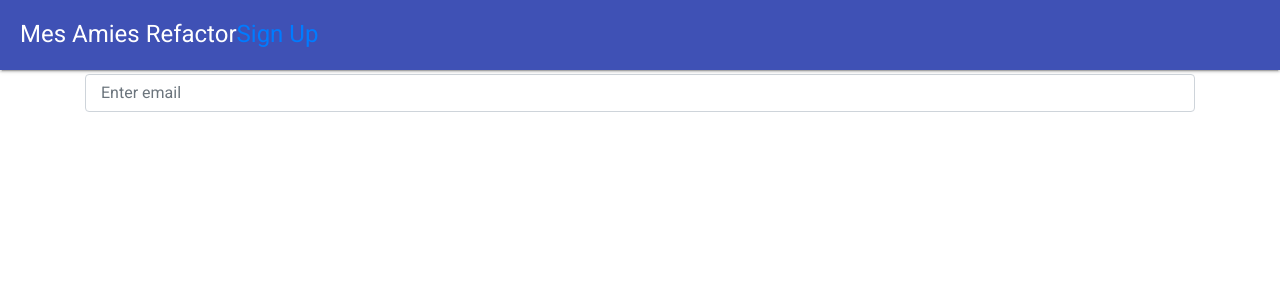
Repository: Symfomany/react-part2
Page: /signup
These files come from the project's save history. The page is drawn as it stood at one moment and after the next save; the edit follows.
The browser window is 1280 px wide. The pictures show the whole page.
The project was rebuilt for these pictures with package versions that can differ from the ones it lists, and the page was loaded fresh each time. Also part of the build but not shown: src/Formulaire.js, src/Item.css, src/Item.js, src/Liste.js, src/Loader.css, src/Loader.js, src/Main.js.

Above is the page before, as saved 2018-05-22 07:28:38.

After the next save:
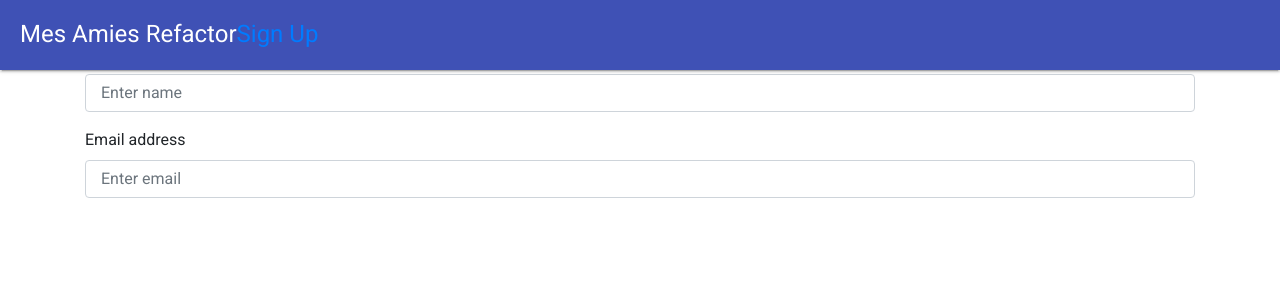
Saved 25 s later.
--- a/src/Signup.js
+++ b/src/Signup.js
@@ -13,6 +13,17 @@ class Signup extends Component {
 
         <form class="container">
           <h3>Add an user</h3>
+          <div className="form-group">
+            <label for="name">Name</label>
+            <input
+              type="text"
+              className="form-control"
+              id="name"
+              aria-describedby="name"
+              placeholder="Enter name"
+            />
+          </div>
+
           <div className="form-group">
             <label for="exampleInputEmail1">Email address</label>
             <input
